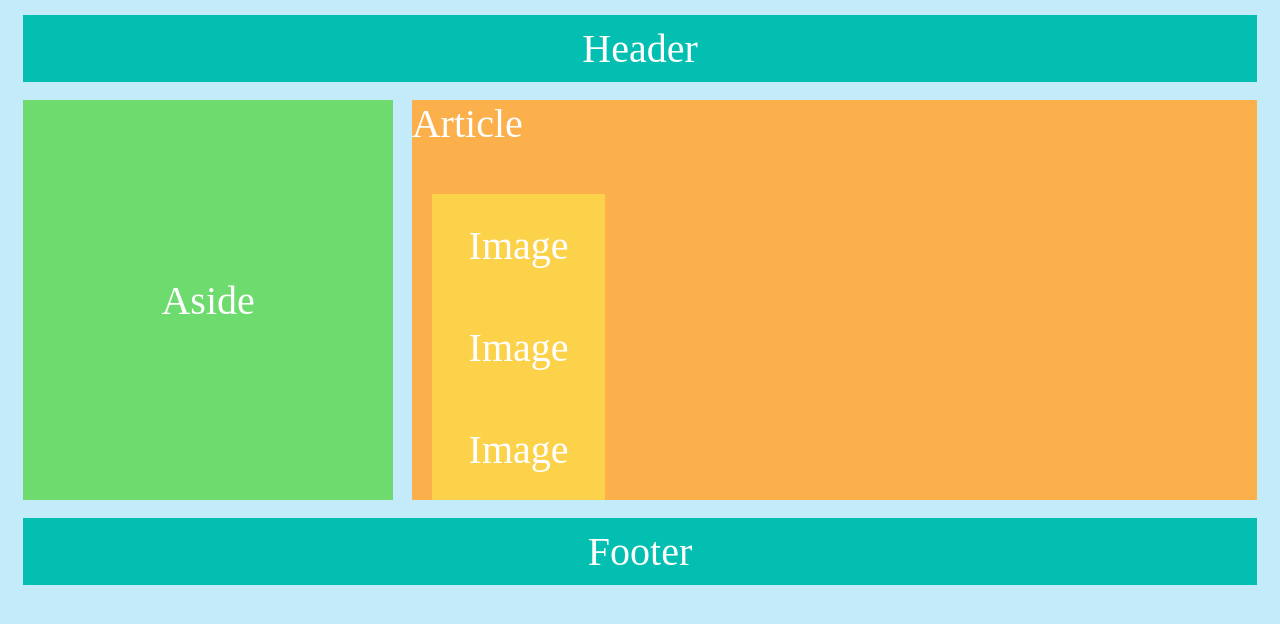
Repository: huyennvo/CSS
Page: flex-css-example/index.html
An editor plug-in stored every save of this project. The page is shown before and after the next save, followed by the edit.
The browser window is 1280 px wide. The pictures show the whole page.

Above is the page before, as saved 2022-07-18 11:45:16.

After the next save:
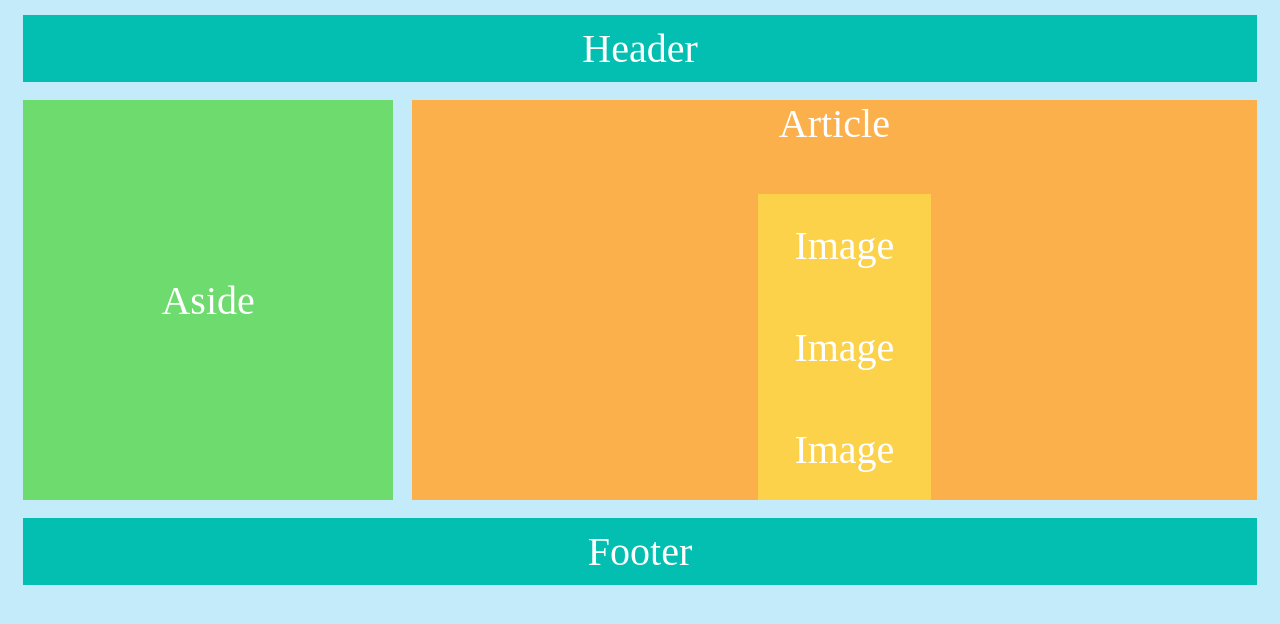
Saved 12 s later.
--- a/flex-css-example/index.css
+++ b/flex-css-example/index.css
@@ -46,7 +46,7 @@ html {
     display: flex;
     flex-direction: column;
     justify-content: center;
-    text-align: center;
+    align-items: center;
 }
 
 .body-right-bottom {
